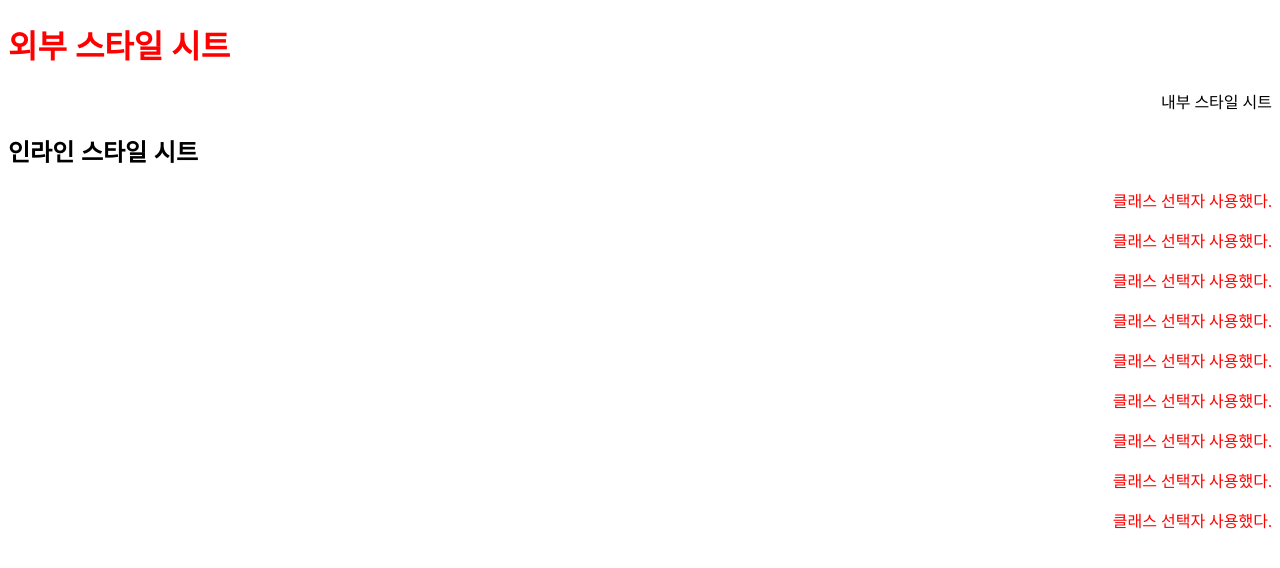
Repository: bh03/bh03.github.io
Page: css.html
The author's editor kept a record of every edit. The page is drawn from the files as they stood at one moment, then again after the next edit.
The browser window is 1280 px wide. The pictures show the whole page.

Above is the page before.

After the next edit:
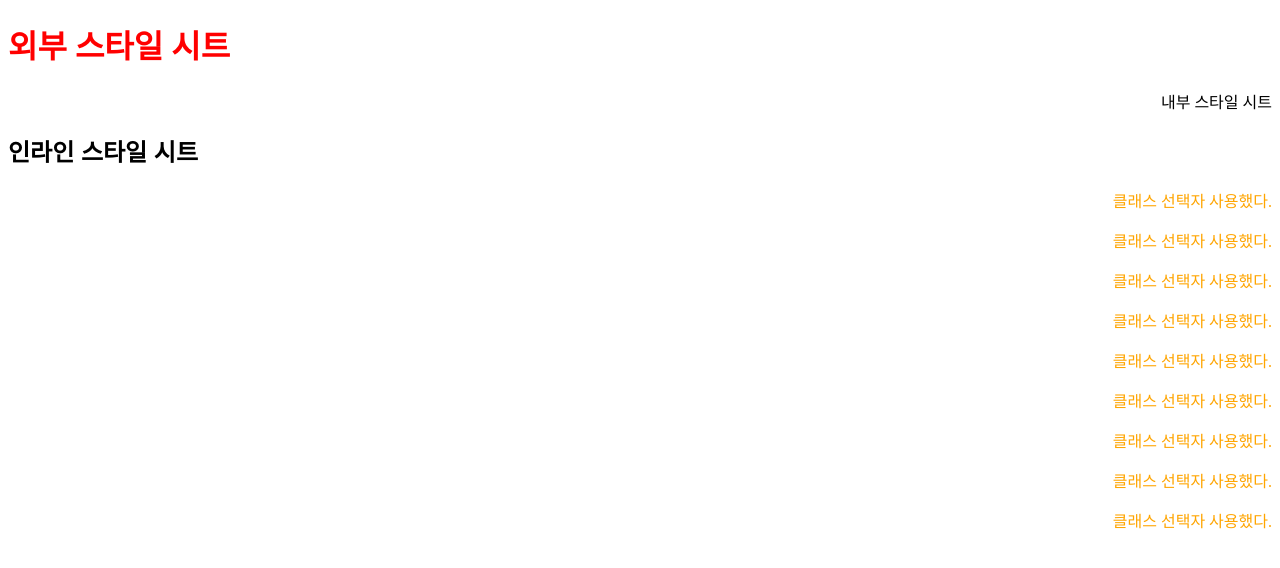
The edit:
--- a/css.html
+++ b/css.html
@@ -5,7 +5,7 @@
         <title> 외부 스타일 시트 방식 </title>
         <link rel="stylesheet" href="test.css" type="text/css">
         <style type="text/css">
-            .test{font-family:궁서; color:red;}
+            .test{font-family:궁서; color:orange;}
         </style>
     </head>
     <body>
